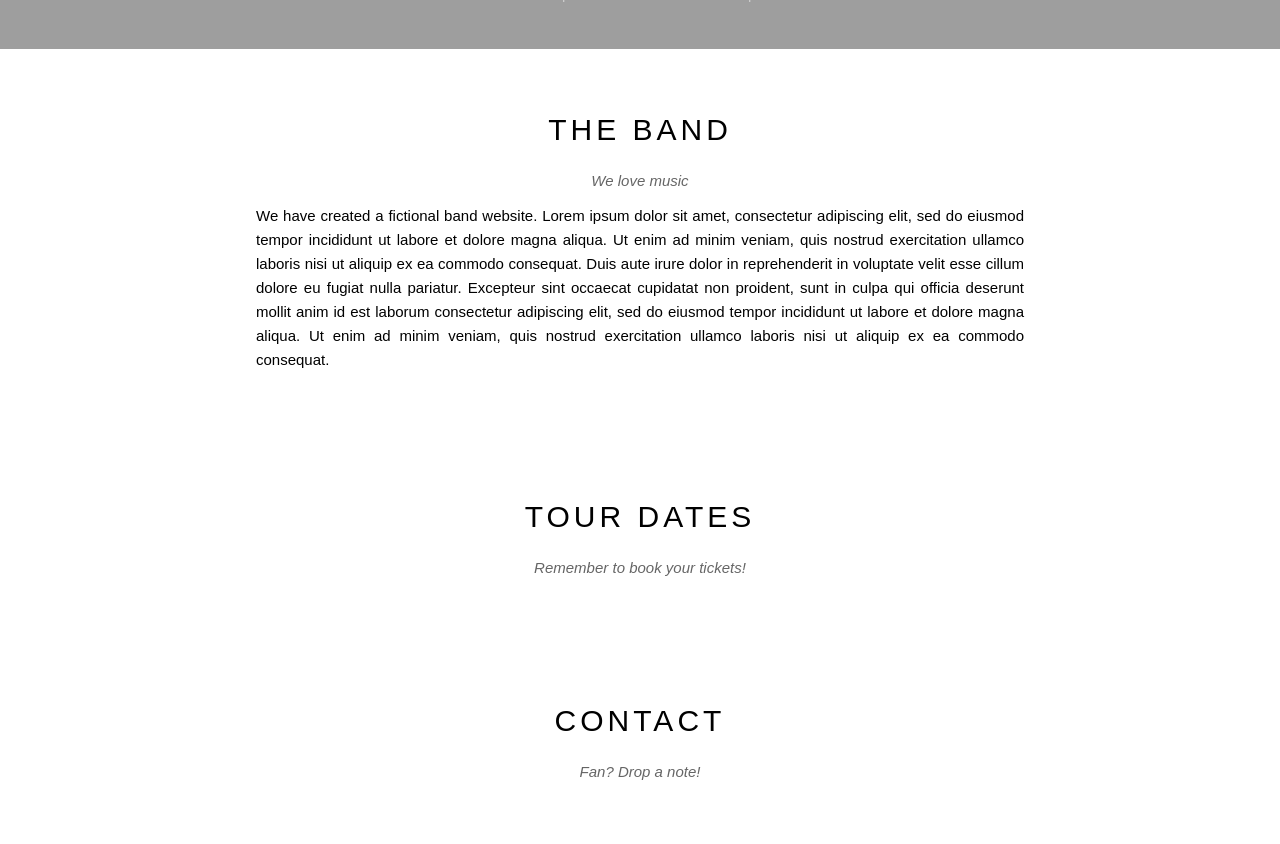
Repository: Ducspdn/WeTheBandF8
Page: w3_band/index.html
An editor plug-in stored every save of this project. The page is shown before and after the next save, followed by the edit.
The browser window is 1280 px wide. The pictures show the part of the page from y = 637 to 1589 px (the page is 1481 px tall before and 1589 px after).
Pictures or frames that could not be fetched are drawn as grey boxes. Some icons come from a web library that is not loaded, so they are not drawn.

Above is the page before, as saved 2023-01-18 12:36:30.

After the next save:
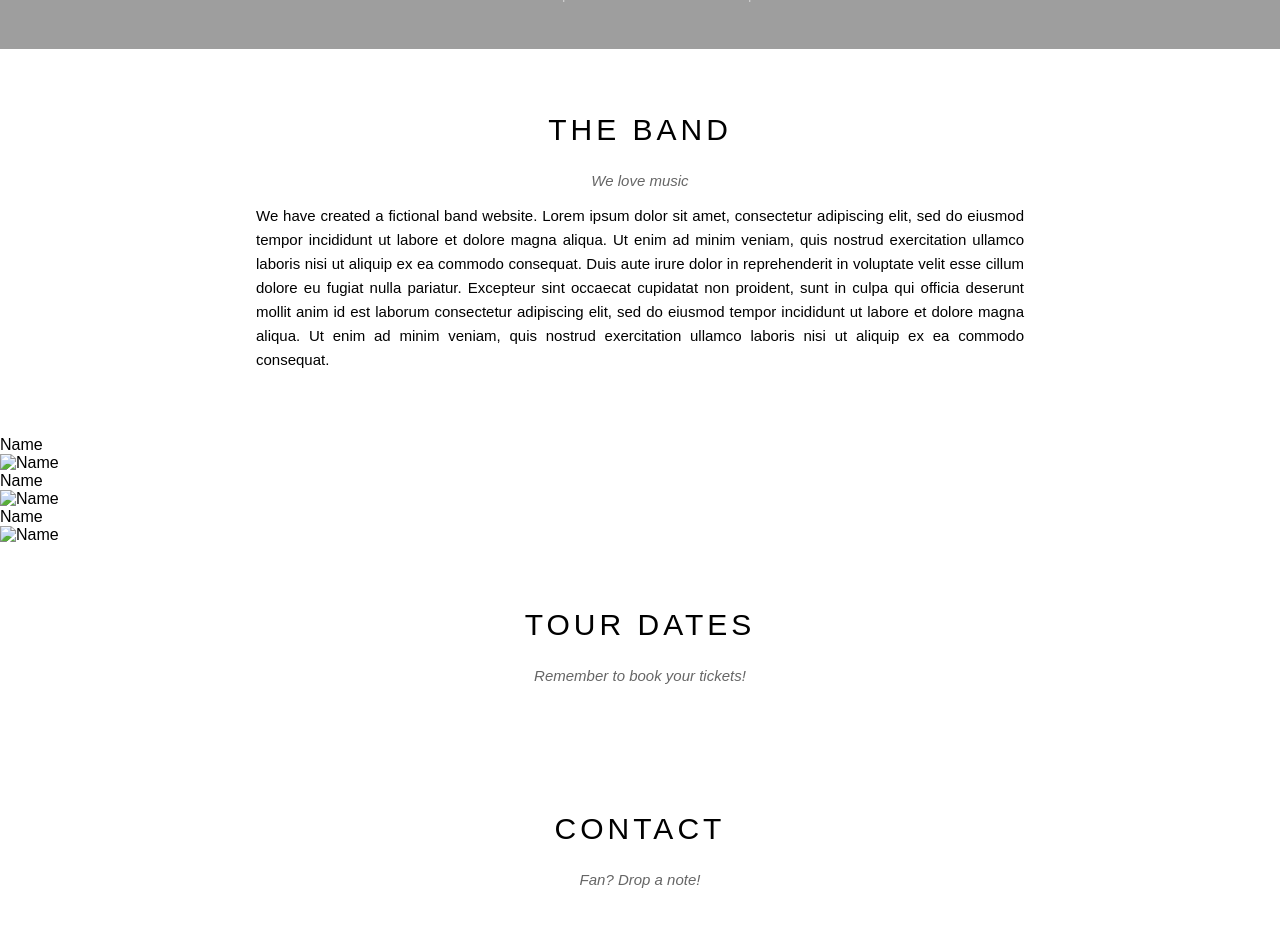
Not found: w3_band/assets/img/member/member2.jpg
Not found: w3_band/assets/img/member/menber1.jpg
Saved 71 min 39 s later.
--- a/w3_band/index.html
+++ b/w3_band/index.html
@@ -48,6 +48,20 @@
                 <p class="about-content">We have created a fictional band website. Lorem ipsum dolor sit amet, consectetur adipiscing elit, sed do eiusmod tempor incididunt ut labore et dolore magna aliqua. Ut enim ad minim veniam, quis nostrud exercitation ullamco laboris nisi ut aliquip ex ea commodo consequat. Duis aute irure dolor in reprehenderit in voluptate velit esse cillum dolore eu fugiat nulla pariatur. Excepteur sint occaecat cupidatat non proident, sunt in culpa qui officia deserunt mollit anim id est laborum consectetur adipiscing elit, sed do eiusmod tempor incididunt ut labore et dolore magna aliqua. Ut enim ad minim veniam, quis nostrud exercitation ullamco laboris nisi ut aliquip ex ea commodo consequat.</p>
 
             </div>
+            <div class="members-list">
+                <div class="member-items">
+                    <p class="member-name">Name</p>
+                    <img src="./assets/img/member/member2.jpg" alt="Name">
+                </div>
+                <div class="member-items">
+                    <p class="member-name">Name</p>
+                    <img src="./assets/img/member/menber1.jpg" alt="Name">
+                </div>
+                <div class="member-items">
+                    <p class="member-name">Name</p>
+                    <img src="./assets/img/member/member2.jpg" alt="Name">
+                </div>
+            </div>
             <div class="content-section">
                 <h2 class="section-heading">TOUR DATES</h2>
                 <p class="section-sub-heading"><i>Remember to book your tickets!
